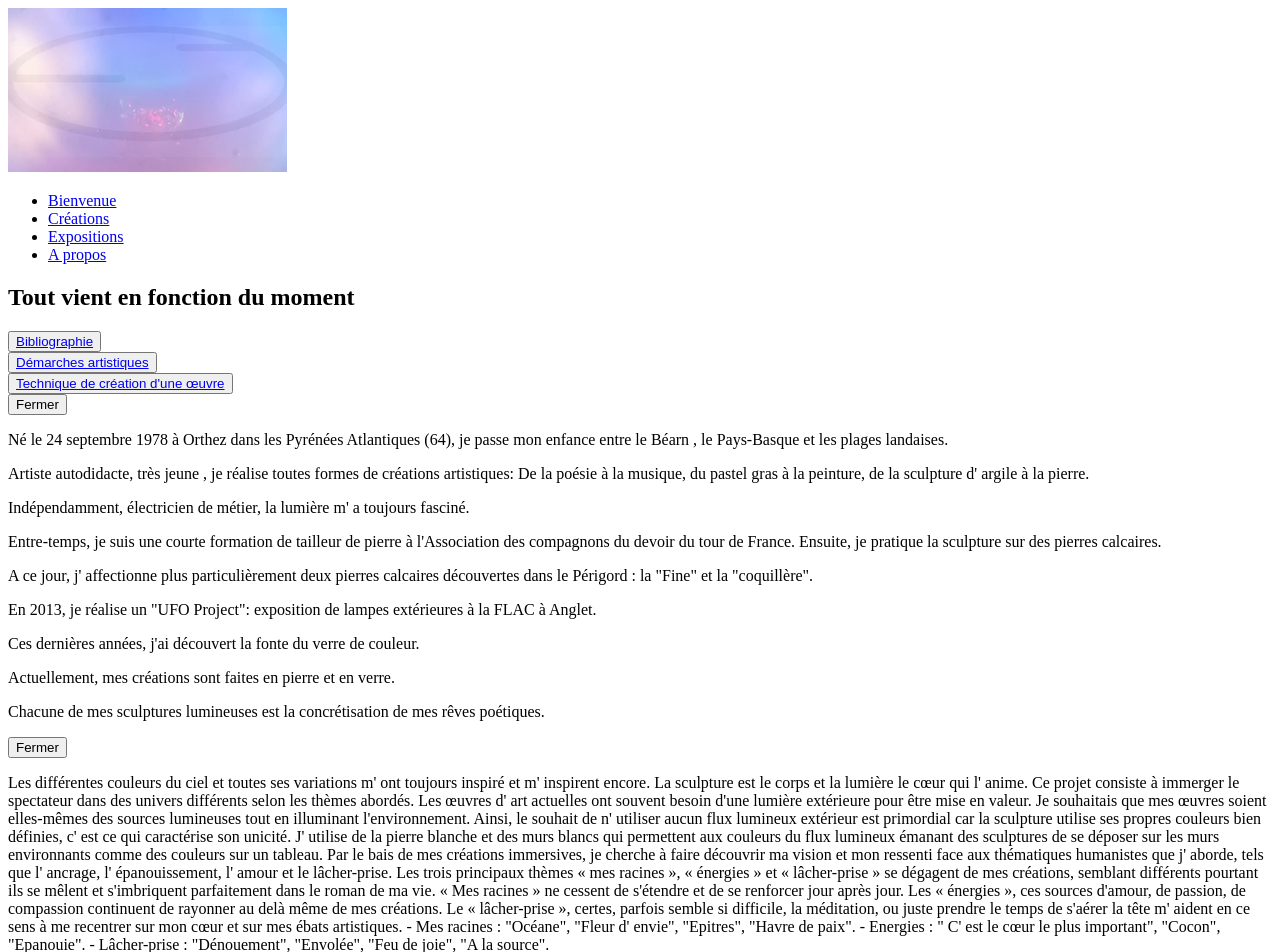
Repository: lysianebo/EricBidart
Page: presentation.html
These files come from the project's save history. The page is drawn as it stood at one moment and after the next save; the edit follows.
The browser window is 1280 px wide. The pictures show the part of the page from y = 0 to 952 px (the page is 1819 px tall before and 1643 px after).
A picture or video elsewhere on the page could not be fetched, so the positions and the page height are approximate.

Above is the page before, as saved 2023-10-25 08:37:17.

After the next save:
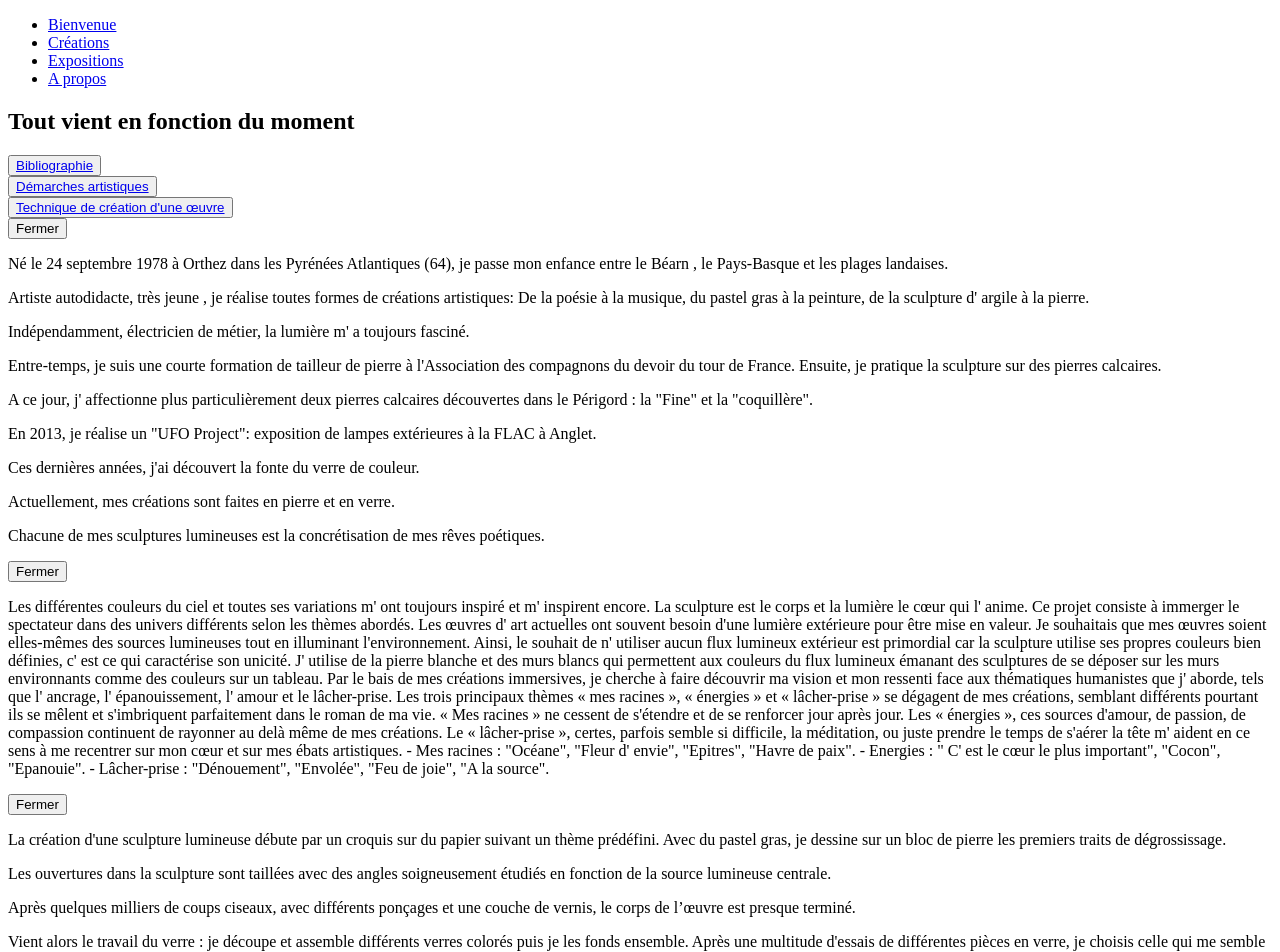
Saved 34 s later.
--- a/presentation.html
+++ b/presentation.html
@@ -10,7 +10,7 @@
 
 <body class="presentation">
     <header>
-        <div class="logo"><img src="public/images/Logo 2021.webp" alt=""></div>
+        <!-- <div class="logo"><img src="public/images/Logo 2021.webp" alt=""></div> -->
         <nav id="nav">
             <ul>
                 <li><a href="accueil.html">Bienvenue</a></li>
